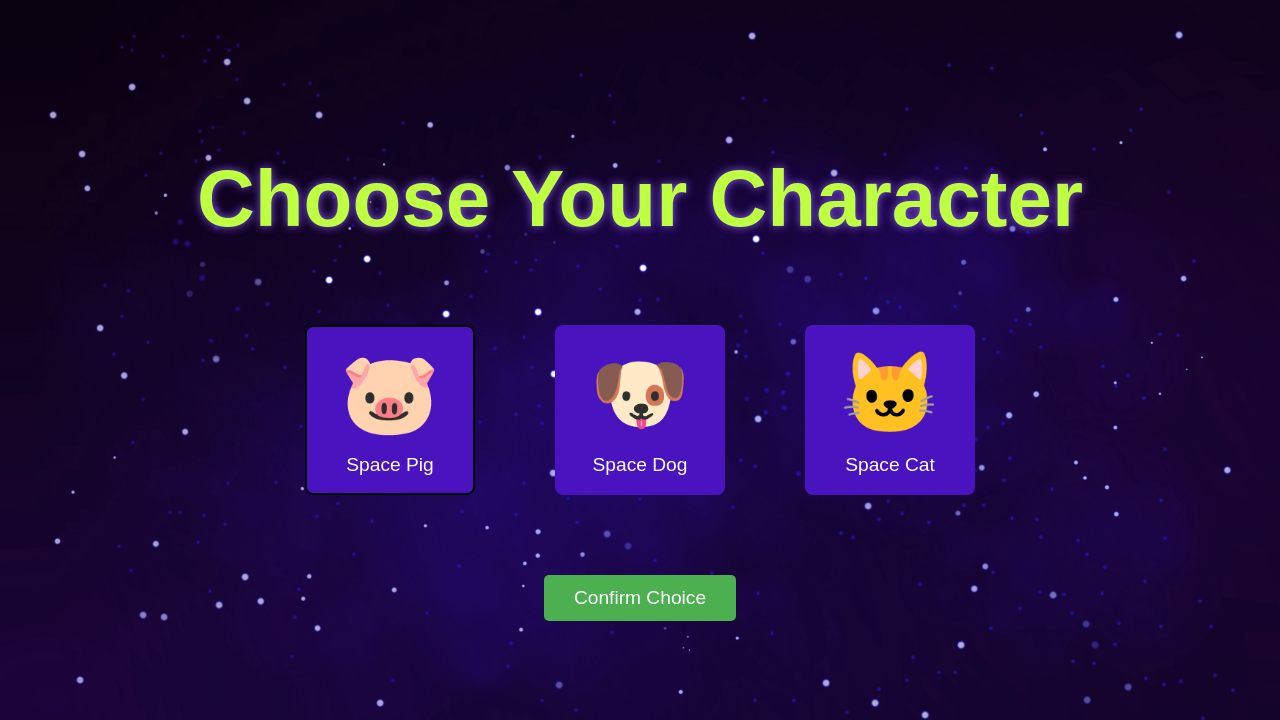
Repository: brunaguarizo/SpaceFarm
Page: index.html
These files come from the project's save history. The page is drawn as it stood at one moment and after the next save; the edit follows.
The browser window is 1280 px wide. The pictures show the whole page.
After loading, the first visible `div.character-option` was clicked once.
Some web fonts or font styles are not loaded; a fallback is used.

Above is the page before, as saved 2025-04-24 11:19:45.

### index.html
<!DOCTYPE html>
<html lang="en">
    <head>
        <meta charset="UTF-8" />
        <meta
            name="viewport"
            content="width=device-width, initial-scale=1.0" />
        <title>Space Animals Game</title>
        <link
            rel="stylesheet"
            href="styles.css" />

        <link
            rel="preconnect"
            href="https://fonts.googleapis.com" />
        <link
            rel="preconnect"
            href="https://fonts.gstatic.com"
            crossorigin />
        <link
            href="https://fonts.googleapis.com/css2?family=Ranchers&display=swap"
            rel="stylesheet" />
    </head>
    <body>
        <div id="game-container">
            <!-- Character Selection Screen -->
            <div id="character-select">
                <h1>Choose Your Character</h1>
                <div class="character-options">
                    <div
                        class="character-option"
                        data-character="pig">
                        <div class="character-icon">🐷</div>
                        <div class="character-label">Space Pig</div>
                    </div>
                    <div
                        class="character-option"
                        data-character="dog">
                        <div class="character-icon">🐶</div>
                        <div class="character-label">Space Dog</div>
                    </div>
                    <div
                        class="character-option"
                        data-character="cat">
                        <div class="character-icon">🐱</div>
                        <div class="character-label">Space Cat</div>
                    </div>
                </div>
                <button
                    id="confirm-btn"
                    disabled>
                    Confirm Choice
                </button>
            </div>

            <!-- Game Screen -->
            <div id="game-screen">
                <div id="player"></div>
                <div id="score-container">
                    <div id="score">Score: 0</div>
                    <button id="pause-btn">Pause</button>
                </div>
            </div>

            <!-- Pause Screen -->
            <div id="pause-screen">
                <h2>Game Paused</h2>
                <button id="resume-btn">Resume</button>
            </div>

            <!-- Game Over Screen -->
            <div id="game-over">
                <h2>Game Over</h2>
                <div id="final-score">Score: 0</div>
                <button id="restart-btn">Play Again</button>
            </div>
        </div>

        <script src="script.js"></script>
    </body>
</html>

### styles.css
body {
    margin: 0;
    padding: 0;
    overflow: hidden;
    font-family: var(--font-family);
    background-color: var(--mid-green);
}

#game-container {
    position: relative;
    width: 100vw;
    height: 100vh;
    background-image: url("img/space-bg.jpg");
    background-size: cover;
    overflow: hidden;
}

/* Character Selection Screen */
#character-select {
    position: absolute;
    width: 100%;
    height: 100%;
    display: flex;
    flex-direction: column;
    justify-content: center;
    align-items: center;
    z-index: 10;
}

#character-select h1 {
    color: var(--light-green);
    font-size: var(--header);
    margin-bottom: var(--space-extra-large);
    text-shadow: 0 0 10px var(--mid-purple);
}

.character-options {
    display: flex;
    gap: var(--space-extra-large);
    margin-bottom: var(--space-extra-large);
}

.character-option {
    width: 150px;
    height: 150px;
    background-color: var(--dark-purple);
    border-radius: var(--space-small);
    display: flex;
    flex-direction: column;
    align-items: center;
    justify-content: center;
    cursor: pointer;
    transition: transform 0.3s, box-shadow 0.3s;
    padding: var(--space-small);
    border: 2px solid transparent;
}

.character-option:hover {
    transform: scale(1.05);
    box-shadow: 0 0 15px var(--light-purple);
}

.character-option.selected {
    border-color: var(--light-green)l
    box-shadow: 0 0 20px #ff9900;
}

.character-icon {
    width: 100px;
    height: 100px;
    font-size: 80px;
    display: flex;
    justify-content: center;
    align-items: center;
}

.character-label {
    color: white;
    font-size: 1.2rem;
    margin-top: 10px;
}

#confirm-btn {
    padding: 12px 30px;
    background-color: #4caf50;
    color: white;
    border: none;
    border-radius: 5px;
    font-size: 1.2rem;
    cursor: pointer;
    transition: background-color 0.3s;
}

#confirm-btn:hover {
    background-color: #45a049;
}

#confirm-btn:disabled {
    background-color: #cccccc;
    cursor: not-allowed;
}

/* Game Screen */
#game-screen {
    display: none;
    position: absolute;
    width: 100%;
    height: 100%;
}

#player {
    position: absolute;
    width: 60px;
    height: 60px;
    left: 100px;
    top: 50%;
    transform: translateY(-50%);
    font-size: 50px;
    line-height: 1;
    z-index: 5;
}

.asteroid {
    position: absolute;
    font-size: 30px;
    color: #aaa;
}

#score-container {
    position: absolute;
    top: 20px;
    right: 20px;
    display: flex;
    align-items: center;
    gap: 20px;
    z-index: 5;
}

#score {
    color: white;
    font-size: 24px;
    font-weight: bold;
    background-color: rgba(0, 0, 0, 0.5);
    padding: 10px 20px;
    border-radius: 10px;
}

#pause-btn {
    background-color: rgba(0, 0, 0, 0.5);
    color: white;
    border: none;
    border-radius: 5px;
    font-size: 18px;
    padding: 10px 15px;
    cursor: pointer;
    transition: background-color 0.3s;
}

#pause-btn:hover {
    background-color: rgba(0, 0, 0, 0.7);
}

/* Game Over Screen */
#game-over {
    display: none;
    position: absolute;
    top: 0;
    left: 0;
    width: 100%;
    height: 100%;
    background-color: rgba(0, 0, 0, 0.8);
    z-index: 15;
    flex-direction: column;
    justify-content: center;
    align-items: center;
}

#game-over h2 {
    color: #ff3333;
    font-size: 3.5rem;
    margin-bottom: 1rem;
    text-shadow: 0 0 10px rgba(255, 0, 0, 0.5);
}

#final-score {
    color: white;
    font-size: 2rem;
    margin-bottom: 2rem;
}

#restart-btn {
    padding: 12px 30px;
    background-color: #3366ff;
    color: white;
    border: none;
    border-radius: 5px;
    font-size: 1.2rem;
    cursor: pointer;
    transition: background-color 0.3s;
}

#restart-btn:hover {
    background-color: #2952cc;
}

/* Utility Classes */
.invisible {
    opacity: 0;
}

/* Pause Screen */
#pause-screen {
    display: none;
    position: absolute;
    top: 0;
    left: 0;
    width: 100%;
    height: 100%;
    background-color: rgba(0, 0, 0, 0.7);
    z-index: 12;
    flex-direction: column;
    justify-content: center;
    align-items: center;
    color: white;
}

#pause-screen h2 {
    font-size: 3rem;
    margin-bottom: 2rem;
}

#resume-btn {
    padding: 12px 30px;
    background-color: #4caf50;
    color: white;
    border: none;
    border-radius: 5px;
    font-size: 1.2rem;
    cursor: pointer;
    transition: background-color 0.3s;
}

#resume-btn:hover {
    background-color: #45a049;
}

/* --------------------------- variables  --------------------------- */
:root {
    --font-family: "Ranchers", sans-serif;
    --header: 80px;
    --text: 16px;

    --light-green: #bfff41;
    --mid-green: #a3de1a;
    --dark-green: #46b800;
    --light-pink: #ffc2ec;
    --mid-pink: #f0429c;
    --dark-pink: #910b64;
    --light-purple: #dcccff;
    --mid-purple: #8655ef;
    --dark-purple: #4913bf;

    --space-extra-small: 4px;
    --space-small: 8px;
    --space-regular: 16px;
    --space-medium: 32px;
    --space-large: 48px;
    --space-extra-large: 80px;
}

### script.js
// Game variables
let selectedCharacter = "";
let score = 0;
let playerElement;
let gameRunning = false;
let isPaused = false;
let playerY;
let asteroids = [];
let gameLoopInterval;
let asteroidInterval;
let gameHeight;
let gameWidth;

// Character emoji mapping
const characterEmojis = {
    pig: "🐷",
    dog: "🐶",
    cat: "🐱",
};

// Asteroid options
const asteroidOptions = ["🌑", "☄️", "🪨", "💫"];

// DOM elements
const characterOptions = document.querySelectorAll(".character-option");
const confirmBtn = document.getElementById("confirm-btn");
const characterSelectScreen = document.getElementById("character-select");
const gameScreen = document.getElementById("game-screen");
const pauseBtn = document.getElementById("pause-btn");
const pauseScreen = document.getElementById("pause-screen");
const resumeBtn = document.getElementById("resume-btn");
const gameOverScreen = document.getElementById("game-over");
const finalScoreDisplay = document.getElementById("final-score");
const restartBtn = document.getElementById("restart-btn");
const scoreDisplay = document.getElementById("score");

// Initialize the game
function init() {
    // Character selection event listeners
    characterOptions.forEach((option) => {
        option.addEventListener("click", () => {
            // Remove selected class from all options
            characterOptions.forEach((opt) => opt.classList.remove("selected"));
            // Add selected class to clicked option
            option.classList.add("selected");
            // Store selected character
            selectedCharacter = option.dataset.character;
            // Enable confirm button
            confirmBtn.disabled = false;
        });
    });

    // Confirm button event listener
    confirmBtn.addEventListener("click", startGame);

    // Pause button event listener
    pauseBtn.addEventListener("click", togglePause);

    // Resume button event listener
    resumeBtn.addEventListener("click", togglePause);

    // Restart button event listener
    restartBtn.addEventListener("click", restartGame);

    // Keyboard event listeners
    document.addEventListener("keydown", handleKeyPress);
}

// Start the game
function startGame() {
    // Hide character selection screen
    characterSelectScreen.style.display = "none";
    // Show game screen
    gameScreen.style.display = "block";

    // Set up player
    playerElement = document.getElementById("player");
    playerElement.innerHTML = characterEmojis[selectedCharacter];

    // Initialize variables
    gameHeight = window.innerHeight;
    gameWidth = window.innerWidth;
    score = 0;
    updateScore();
    playerY = gameHeight / 2;
    gameRunning = true;
    isPaused = false;
    asteroids = [];

    // Position player
    updatePlayerPosition();

    // Start game loop
    gameLoopInterval = setInterval(gameLoop, 16); // ~60fps

    // Start spawning asteroids
    spawnAsteroid(); // Spawn first asteroid immediately
    asteroidInterval = setInterval(spawnAsteroid, 1500); // Then every 1.5 seconds
}

// Game loop
function gameLoop() {
    if (!gameRunning || isPaused) return;

    // Move asteroids
    moveAsteroids();

    // Check collisions
    checkCollisions();
}

// Handle keyboard input
function handleKeyPress(e) {
    if (!gameRunning || isPaused) return;

    const moveDistance = 20;

    if (e.key === "ArrowUp" || e.key === "w") {
        // Move up
        playerY = Math.max(50, playerY - moveDistance);
        updatePlayerPosition();
    } else if (e.key === "ArrowDown" || e.key === "s") {
        // Move down
        playerY = Math.min(gameHeight - 50, playerY + moveDistance);
        updatePlayerPosition();
    }
}

// Update player position on screen
function updatePlayerPosition() {
    playerElement.style.top = `${playerY}px`;
}

// Spawn a new asteroid
function spawnAsteroid() {
    if (!gameRunning || isPaused) return;

    // Create asteroid element
    const asteroid = document.createElement("div");
    asteroid.classList.add("asteroid");

    // Set random asteroid type
    const asteroidType =
        asteroidOptions[Math.floor(Math.random() * asteroidOptions.length)];
    asteroid.innerHTML = asteroidType;

    // Set random position (y-axis)
    const asteroidY = Math.random() * (gameHeight - 100) + 50;

    // Set asteroid properties
    asteroid.style.left = `${gameWidth}px`;
    asteroid.style.top = `${asteroidY}px`;

    // Add to game screen
    gameScreen.appendChild(asteroid);

    // Add to asteroids array
    asteroids.push({
        element: asteroid,
        x: gameWidth,
        y: asteroidY,
        speed: Math.random() * 3 + 5, // Random speed between 5-8
        passed: false,
    });
}

// Move all asteroids
function moveAsteroids() {
    for (let i = asteroids.length - 1; i >= 0; i--) {
        const asteroid = asteroids[i];

        // Move asteroid
        asteroid.x -= asteroid.speed;
        asteroid.element.style.left = `${asteroid.x}px`;

        // Check if asteroid passed the player
        if (!asteroid.passed && asteroid.x < 100) {
            asteroid.passed = true;
            score += 10;
            updateScore();
        }

        // Remove asteroid if it's off-screen
        if (asteroid.x < -50) {
            gameScreen.removeChild(asteroid.element);
            asteroids.splice(i, 1);
        }
    }
}

// Check for collisions
function checkCollisions() {
    const playerRect = {
        x: 100,
        y: playerY - 30,
        width: 60,
        height: 60,
    };

    for (const asteroid of asteroids) {
        const asteroidRect = {
            x: asteroid.x,
            y: asteroid.y - 15,
            width: 30,
            height: 30,
        };

        // Check if player and asteroid rectangles intersect
        if (
            playerRect.x < asteroidRect.x + asteroidRect.width &&
            playerRect.x + playerRect.width > asteroidRect.x &&
            playerRect.y < asteroidRect.y + asteroidRect.height &&
            playerRect.y + playerRect.height > asteroidRect.y
        ) {
            // Collision detected
            gameOver();
            return;
        }
    }
}

// Update score display
function updateScore() {
    scoreDisplay.textContent = `Score: ${score}`;
}

// Toggle pause state
function togglePause() {
    isPaused = !isPaused;

    if (isPaused) {
        pauseScreen.style.display = "flex";
    } else {
        pauseScreen.style.display = "none";
    }
}

// Game over
function gameOver() {
    gameRunning = false;

    // Clear intervals
    clearInterval(gameLoopInterval);
    clearInterval(asteroidInterval);

    // Update final score
    finalScoreDisplay.textContent = `Score: ${score}`;

    // Show game over screen
    gameOverScreen.style.display = "flex";
}

// Restart game
function restartGame() {
    // Clear asteroids
    asteroids.forEach((asteroid) => {
        if (asteroid.element.parentNode) {
            asteroid.element.parentNode.removeChild(asteroid.element);
        }
    });

    // Hide game over screen
    gameOverScreen.style.display = "none";

    // Go back to character selection
    gameScreen.style.display = "none";
    characterSelectScreen.style.display = "flex";

    // Reset character selection
    characterOptions.forEach((opt) => opt.classList.remove("selected"));
    confirmBtn.disabled = true;
    selectedCharacter = "";
}

// Initialize the game when the page loads
window.addEventListener("load", init);

After the next save:
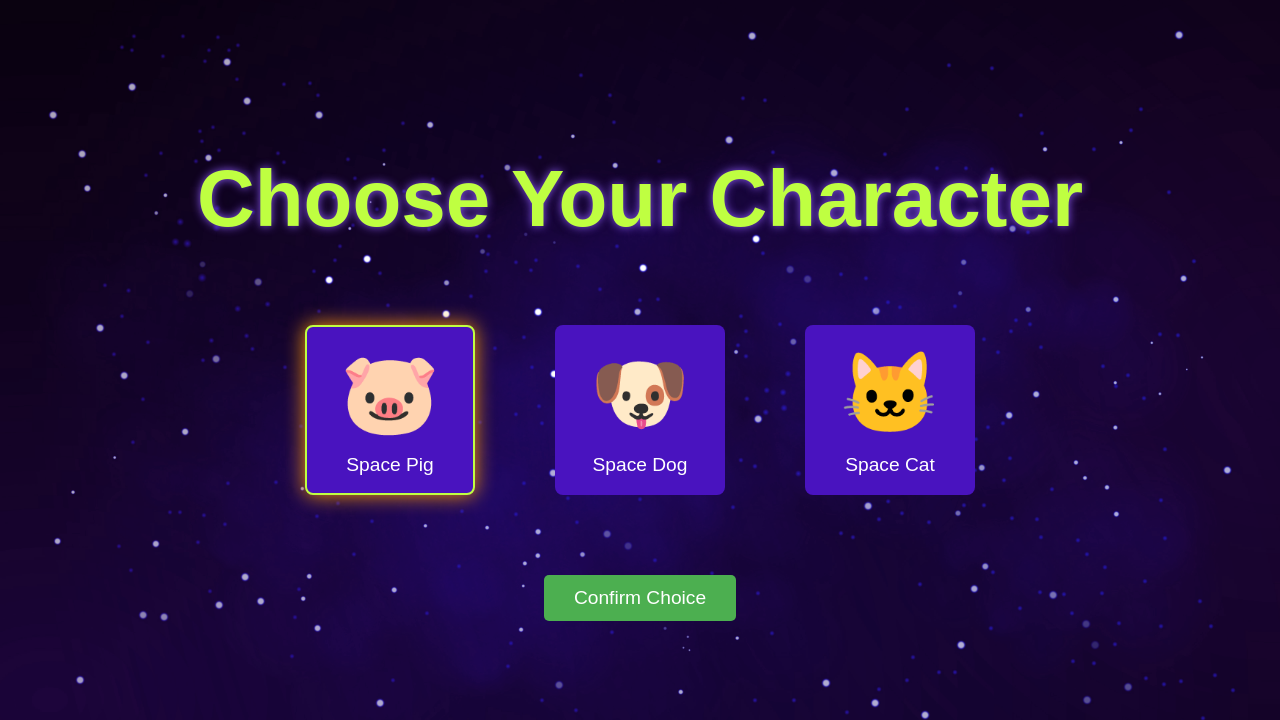
Saved 6 s later.
--- a/styles.css
+++ b/styles.css
@@ -61,7 +61,7 @@ body {
 }
 
 .character-option.selected {
-    border-color: var(--light-green)l
+    border-color: var(--light-green);
     box-shadow: 0 0 20px #ff9900;
 }
 
